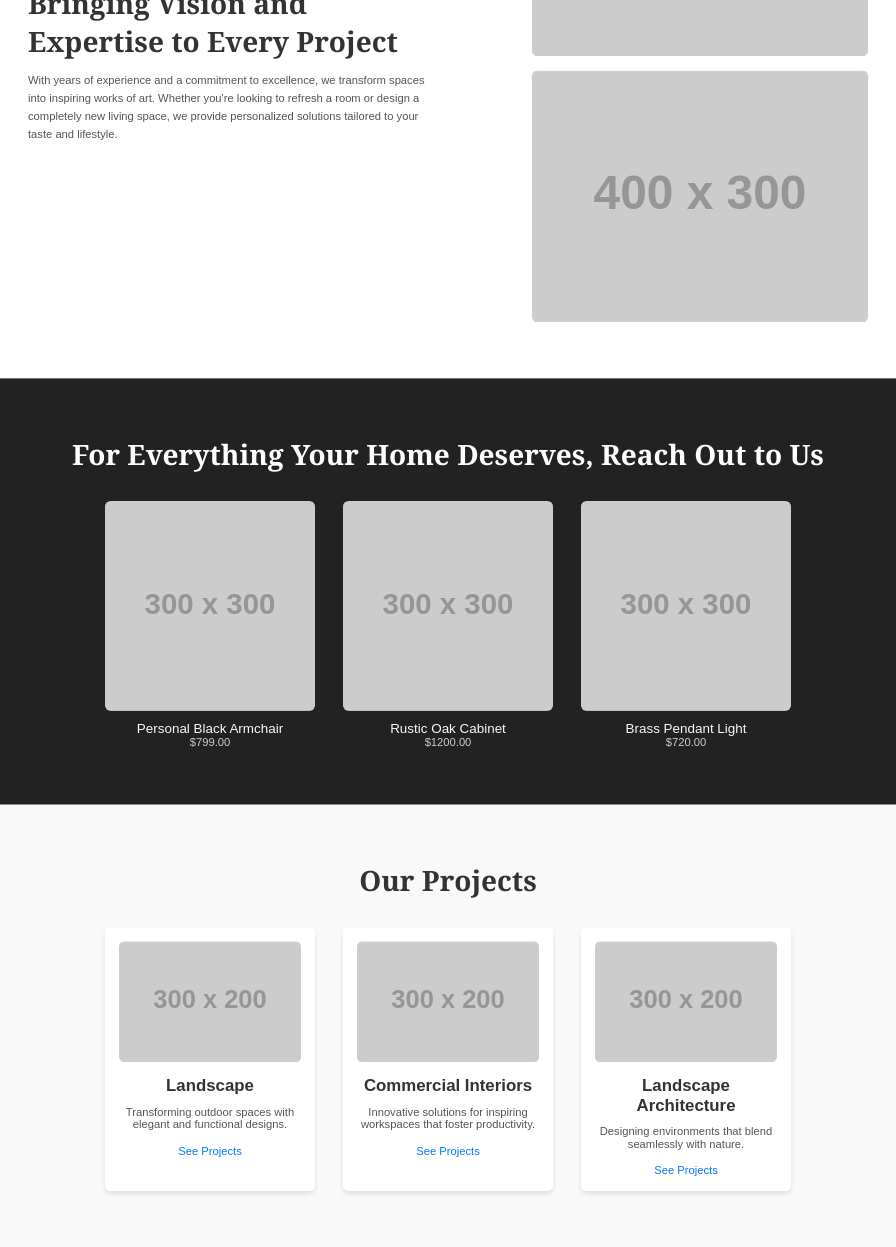
Repository: Patience225/home-decor-studio
Page: index.html
These files come from the project's save history. The page is drawn as it stood at one moment and after the next save; the edit follows.
The browser window is 1280 px wide. The pictures show the part of the page from y = 1372 to 3292 px (the page is 3153 px tall before and 3292 px after), at 70% of full size.

Above is the page before, as saved 2025-01-29 04:34:48.

### index.html
<!DOCTYPE html>
<html lang="en">
<head>
  <meta charset="UTF-8">
  <meta name="viewport" content="width=device-width, initial-scale=1.0">
  <title>HomeArt Studio</title>
  <link rel="stylesheet" href="styles.css">
</head>
<body>
  <header>
    <nav class="navbar">
      <div class="logo">HomeArt Studio</div>
      <ul class="nav-links">
        <li><a href="#">Home</a></li>
        <li><a href="#">About</a></li>
        <li><a href="#">Services</a></li>
        <li><a href="#">Collections</a></li>
        <li><a href="#">Projects</a></li>
        <li><a href="#">Contact</a></li>
      </ul>
      <div class="hamburger">
        <span></span>
        <span></span>
        <span></span>
      </div>
    </nav>
  </header>
  <section class="hero">
    <div class="hero-content">
      <h1>Designs That Breathe Life into Your Home</h1>
      <img src="https://via.placeholder.com/1200x600" alt="Living room design" class="hero-image">
      <div class="hero-stats">
        <div class="stat-item">
          <h2>100%</h2>
          <p>Satisfaction Guarantee</p>
        </div>
        <div class="stat-item">
          <h2>250</h2>
          <p>Projects Completed</p>
        </div>
        <div class="stat-item">
          <h2>3469</h2>
          <p>Happy Clients</p>
        </div>
      </div>
    </div>
  </section>
  <section class="introduction">
    <div class="intro-container">
      <div class="intro-text">
        <h2>Bringing Vision and Expertise to Every Project</h2>
        <p>
          With years of experience and a commitment to excellence, we transform
          spaces into inspiring works of art. Whether you're looking to refresh a room
          or design a completely new living space, we provide personalized solutions
          tailored to your taste and lifestyle.
        </p>
      </div>
      <div class="intro-images">
        <img src="https://via.placeholder.com/400x300" alt="Interior design 1">
        <img src="https://via.placeholder.com/400x300" alt="Interior design 2">
      </div>
    </div>
  </section>
  <section class="call-to-action">
    <div class="cta-container">
      <h2>For Everything Your Home Deserves, Reach Out to Us</h2>
      <div class="cta-images">
        <div class="image-card">
          <img src="https://via.placeholder.com/300x300" alt="Armchair">
          <p class="product-name">Personal Black Armchair</p>
          <p class="product-price">$799.00</p>
        </div>
        <div class="image-card">
          <img src="https://via.placeholder.com/300x300" alt="Cabinet">
          <p class="product-name">Rustic Oak Cabinet</p>
          <p class="product-price">$1200.00</p>
        </div>
        <div class="image-card">
          <img src="https://via.placeholder.com/300x300" alt="Pendant Light">
          <p class="product-name">Brass Pendant Light</p>
          <p class="product-price">$720.00</p>
        </div>
      </div>
    </div>
  </section>
  <section class="projects">
    <h2>Our Projects</h2>
    <div class="project-cards">
      <div class="project-card">
        <img src="https://via.placeholder.com/300x200" alt="Landscape Project">
        <h3>Landscape</h3>
        <p>Transforming outdoor spaces with elegant and functional designs.</p>
        <a href="#" class="project-link">See Projects</a>
      </div>
      <div class="project-card">
        <img src="https://via.placeholder.com/300x200" alt="Commercial Interiors">
        <h3>Commercial Interiors</h3>
        <p>Innovative solutions for inspiring workspaces that foster productivity.</p>
        <a href="#" class="project-link">See Projects</a>
      </div>
      <div class="project-card">
        <img src="https://via.placeholder.com/300x200" alt="Architecture">
        <h3>Landscape Architecture</h3>
        <p>Designing environments that blend seamlessly with nature.</p>
        <a href="#" class="project-link">See Projects</a>
      </div>
    </div>
  </section>

  <script src="script.js"></script>
</body>
</html>

### styles.css
* {
  margin: 0;
  padding: 0;
  box-sizing: border-box;
}

body {
  font-family: 'Arial', sans-serif;
  background-color: #f5f5f5;
}

header {
  width: 100%;
  background-color: white;
  padding: 15px 30px;
  box-shadow: 0 2px 5px rgba(0, 0, 0, 0.1);
  position: fixed;
  top: 0;
  z-index: 10;
}

.navbar {
  display: flex;
  justify-content: space-between;
  align-items: center;
  max-width: 1200px;
  margin: auto;
}

.logo {
  font-size: 1.5rem;
  font-weight: bold;
  color: #333;
}

.nav-links {
  display: flex;
  list-style: none;
}

.nav-links li {
  margin-left: 25px;
}

.nav-links a {
  text-decoration: none;
  color: #333;
  font-size: 1rem;
  transition: color 0.3s ease;
}

.nav-links a:hover {
  color: #0078ff;
}

.hamburger {
  display: none;
  flex-direction: column;
  cursor: pointer;
}

.hamburger span {
  height: 3px;
  width: 25px;
  background: #333;
  margin: 4px 0;
}

@media (max-width: 768px) {
  .nav-links {
    display: none;
    flex-direction: column;
    position: absolute;
    top: 60px;
    right: 0;
    background-color: white;
    width: 100%;
    text-align: right;
  }

  .nav-links.active {
    display: flex;
  }

  .hamburger {
    display: flex;
  }
}

.hero {
  width: 100%;
  background-color: #f9f9f9;
  padding: 80px 0;
  text-align: center;
}

.hero-content h1 {
  font-size: 3rem;
  font-family: 'Georgia', serif;
  color: #333;
  margin-bottom: 20px;
}

.hero-image {
  width: 100%;
  max-width: 1200px;
  height: auto;
  border-radius: 8px;
  margin: 30px 0;
}

.hero-stats {
  display: flex;
  justify-content: space-evenly;
  max-width: 1000px;
  margin: auto;
  padding: 20px 0;
}

.stat-item {
  text-align: center;
}

.stat-item h2 {
  font-size: 2.5rem;
  font-weight: bold;
  color: #0078ff;
}

.stat-item p {
  font-size: 1rem;
  color: #555;
}

@media (max-width: 768px) {
  .hero-content h1 {
    font-size: 2rem;
  }

  .hero-stats {
    flex-direction: column;
    gap: 20px;
  }
}

.introduction {
  background-color: #ffffff;
  padding: 80px 0;
  text-align: left;
}

.intro-container {
  display: flex;
  justify-content: space-between;
  align-items: center;
  max-width: 1200px;
  margin: auto;
}

.intro-text {
  width: 50%;
  padding-right: 20px;
}

.intro-text h2 {
  font-size: 2.5rem;
  font-family: 'Georgia', serif;
  color: #333;
  margin-bottom: 15px;
}

.intro-text p {
  font-size: 1rem;
  line-height: 1.6;
  color: #555;
}

.intro-images {
  display: flex;
  flex-direction: column;
  gap: 20px;
  width: 40%;
}

.intro-images img {
  width: 100%;
  border-radius: 8px;
  object-fit: cover;
}

@media (max-width: 768px) {
  .intro-container {
    flex-direction: column;
    text-align: center;
  }

  .intro-text,
  .intro-images {
    width: 100%;
  }

  .intro-text {
    padding-right: 0;
  }
}

.call-to-action {
  background-color: #222;
  padding: 80px 0;
  text-align: center;
  color: #fff;
}

.cta-container h2 {
  font-size: 2.5rem;
  font-family: 'Georgia', serif;
  color: #ffffff;
  margin-bottom: 40px;
}

.cta-images {
  display: flex;
  justify-content: center;
  gap: 40px;
}

.image-card {
  text-align: center;
  max-width: 300px;
}

.image-card img {
  width: 100%;
  border-radius: 8px;
  object-fit: cover;
}

.product-name {
  font-size: 1.2rem;
  color: #f9f9f9;
  margin-top: 10px;
}

.product-price {
  font-size: 1rem;
  color: #cccccc;
}

@media (max-width: 768px) {
  .cta-images {
    flex-direction: column;
    gap: 20px;
  }
}

.projects {
  background-color: #f9f9f9;
  padding: 80px 0;
  text-align: center;
}

.projects h2 {
  font-size: 2.5rem;
  font-family: 'Georgia', serif;
  color: #333;
  margin-bottom: 40px;
}

.project-cards {
  display: flex;
  justify-content: center;
  gap: 40px;
  max-width: 1200px;
  margin: auto;
}

.project-card {
  background-color: #ffffff;
  border-radius: 8px;
  text-align: center;
  max-width: 300px;
  padding: 20px;
  box-shadow: 0 4px 8px rgba(0, 0, 0, 0.1);
}

.project-card img {
  width: 100%;
  border-radius: 8px;
  transition: transform 0.3s ease;
}

.project-card img:hover {
  transform: scale(1.05);
}

.project-card h3 {
  font-size: 1.5rem;
  color: #333;
  margin: 15px 0;
}

.project-card p {
  font-size: 1rem;
  color: #555;
  margin-bottom: 20px;
}

.project-link {
  font-size: 1rem;
  color: #0078ff;
  text-decoration: none;
}

.project-link:hover {
  text-decoration: underline;
}

@media (max-width: 768px) {
  .project-cards {
    flex-direction: column;
    gap: 20px;
  }
}

### script.js
const hamburger = document.querySelector('.hamburger');
const navLinks = document.querySelector('.nav-links');

hamburger.addEventListener('click', () => {
  navLinks.classList.toggle('active');
});

After the next save:
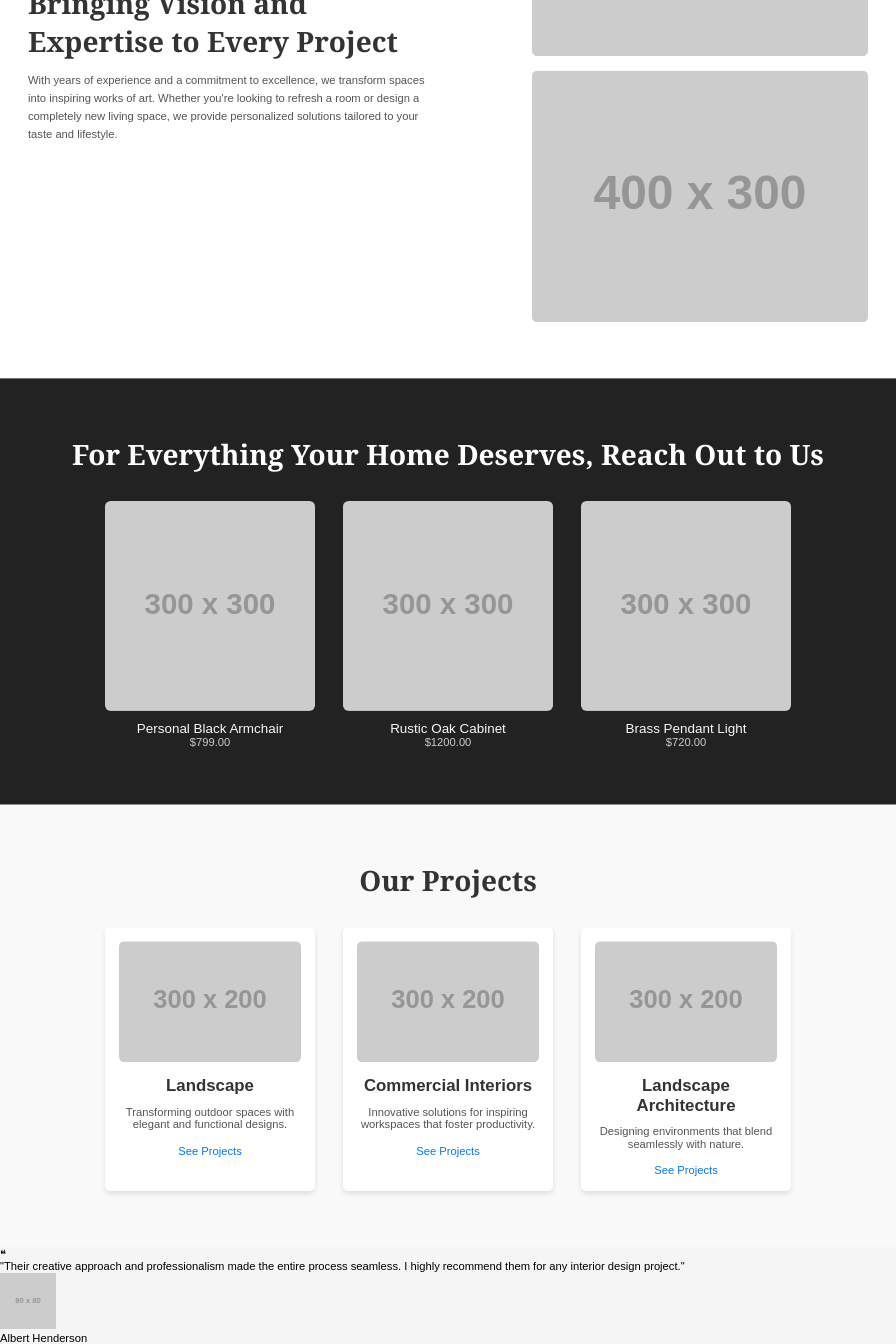
Saved 70 s later.
--- a/index.html
+++ b/index.html
@@ -107,6 +107,16 @@
       </div>
     </div>
   </section>
+  <section class="customer-review">
+    <div class="review-container">
+      <span class="quote-icon">❝</span>
+      <p class="review-text">"Their creative approach and professionalism made the entire process seamless. I highly recommend them for any interior design project."</p>
+      <div class="customer-info">
+        <img src="https://via.placeholder.com/80x80" alt="Customer Picture" class="customer-img">
+        <p class="customer-name">Albert Henderson</p>
+      </div>
+    </div>
+  </section>
 
   <script src="script.js"></script>
 </body>
